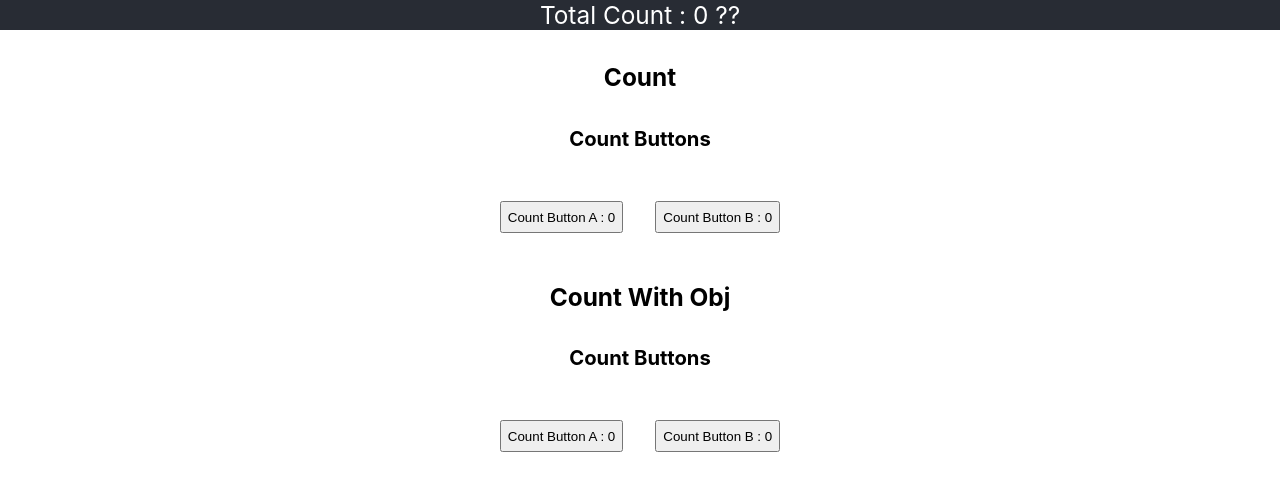
Repository: maitriyogin/jotai-meetup
Page: /
These files come from the project's save history. The page is drawn as it stood at one moment and after the next save; the edit follows.
The browser window is 1280 px wide. The pictures show the whole page.
The project was rebuilt for these pictures with package versions that can differ from the ones it lists, and the page was loaded fresh each time.

Above is the page before, as saved 2021-11-03 17:16:11.

### src/App.js
import "./App.css";

import { Count1 } from "./Count1";
import { Count2 } from "./Count2";
function App() {
  return (
    <div className="App">
      <header className="App-header">Total Count : {0} ??</header>
      <div className="Count-Container">
        <Count1 />
        <Count2 />
      </div>
    </div>
  );
}

export default App;

### src/App.css
.App {
  text-align: center;
}

.App-logo {
  height: 40vmin;
  pointer-events: none;
}

@media (prefers-reduced-motion: no-preference) {
  .App-logo {
    animation: App-logo-spin infinite 20s linear;
  }
}

.App-header {
  background-color: #282c34;
  display: flex;
  flex-direction: column;
  align-items: center;
  justify-content: center;
  font-size: calc(10px + 2vmin);
  color: white;
}

.Count-Container {
  display: flex;
  flex-direction: column;
  align-items: center;
  justify-content: center;
  font-size: calc(10px + 2vmin);
}
.Count-Button {
  margin: 16px;
  min-height: 32px;
}

.App-link {
  color: #61dafb;
}

@keyframes App-logo-spin {
  from {
    transform: rotate(0deg);
  }
  to {
    transform: rotate(360deg);
  }
}

### src/Count1.js
import React, { useState } from "react";
import { CountButton } from "./CountButton";
export const Count1 = () => {
  const [countA, setCountA] = useState(0);
  const [countB, setCountB] = useState(0);
  return (
    <div>
      <h4>Count</h4>
      <div>
        <h5>Count Buttons</h5>
        <CountButton
          id={"A"}
          count={countA}
          onClick={() => setCountA(countA + 1)}
        />
        <CountButton
          id={"B"}
          count={countB}
          onClick={() => setCountB(countB + 1)}
        />
      </div>
    </div>
  );
};

### src/Count2.js
import React, { useState } from "react";
import { CountButton } from "./CountButton";
export const Count2 = () => {
  const [count, setCount] = useState({ a: 0, b: 0 });
  return (
    <div>
      <h4>Count With Obj</h4>
      <div>
        <h5>Count Buttons</h5>
        <CountButton
          id={"A"}
          count={count.a}
          onClick={() => setCount({ ...count, a: count.a + 1 })}
        />
        <CountButton
          id={"B"}
          count={count.b}
          onClick={() => setCount({ ...count, b: count.b + 1 })}
        />
      </div>
    </div>
  );
};

### src/CountButton.js
import React, { useEffect } from "react";

export const CountButton = ({ id, count, onClick }) => {
  console.log(`------ RERENDER COUNT ${id} : ${count}`);
  return (
    <button onClick={onClick} class="Count-Button">
      Count Button {id} : {count}
    </button>
  );
};

Loaded but not shown: public/index.html (common file); src/index.js (common file); src/index.css (common file); src/reportWebVitals.js (common file)

After the next save:
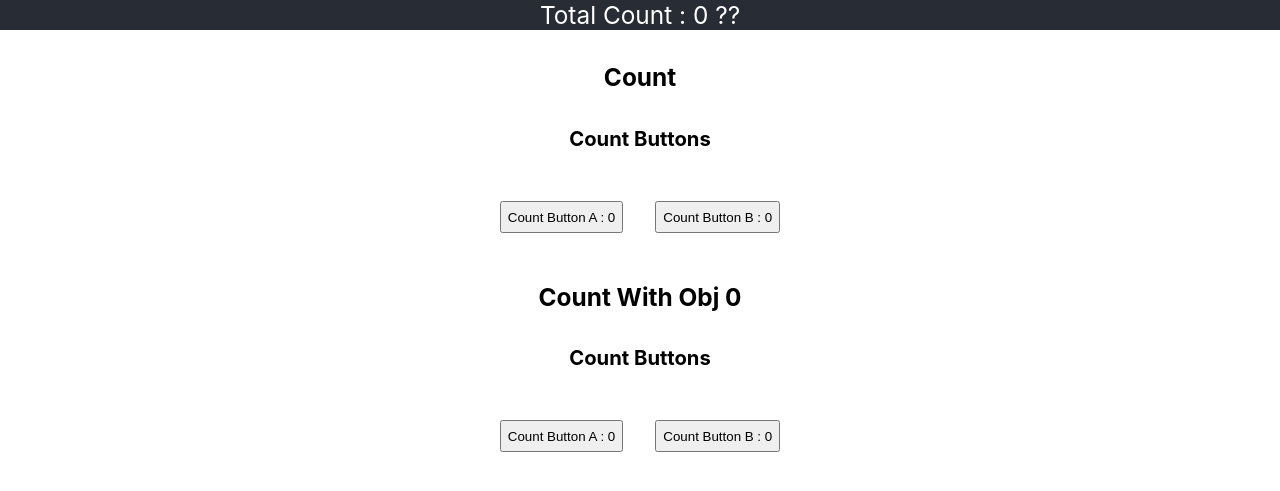
Saved 20 s later.
--- a/src/Count2.js
+++ b/src/Count2.js
@@ -4,7 +4,7 @@ export const Count2 = () => {
   const [count, setCount] = useState({ a: 0, b: 0 });
   return (
     <div>
-      <h4>Count With Obj</h4>
+      <h4>Count With Obj {count.a + count.b}</h4>
       <div>
         <h5>Count Buttons</h5>
         <CountButton
